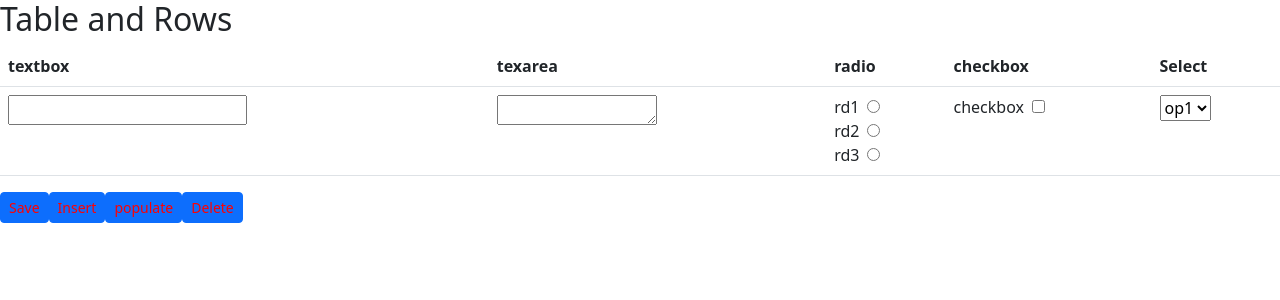
Repository: ishanbassi/iotasol-assignments
Page: /iotasol/work-8
The author's editor kept a copy of each file at every save. The page is drawn from the files as they stood at one save, then again after the next save.
The browser window is 1280 px wide. The pictures show the whole page.
The project was rebuilt for these pictures with package versions that can differ from the ones it lists, and the page was loaded fresh each time. Some packages were replaced by stand-ins written for this rebuild. The framework's server and built-in components were replaced by stand-ins that run in the browser. Also part of the build but not shown: styles/global.css.

Above is the page before, as saved 2022-11-09 17:32:05.

After the next save:
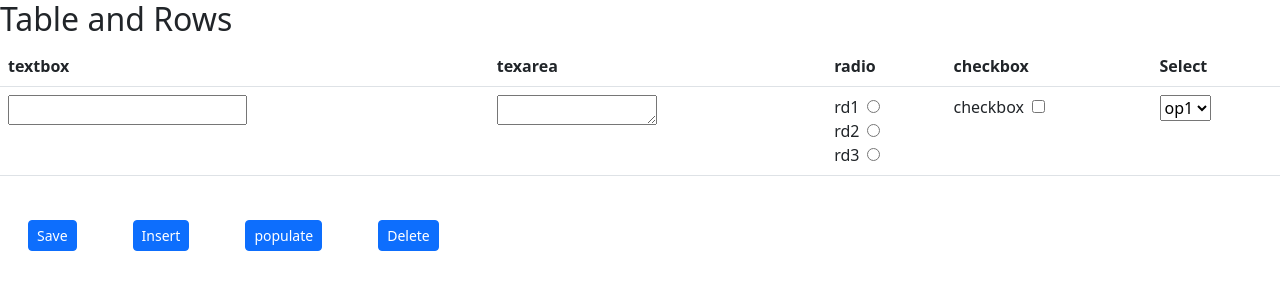
Saved 114 s later.
--- a/pages/iotasol/work-8.tsx
+++ b/pages/iotasol/work-8.tsx
@@ -61,9 +61,8 @@ export default function App() {
                     label{
                         padding-right:.5em;
                     }
-                    button{
-                        color:red !important;
-
+                    button {
+                        margin:2em !important;
                     }
 
                 `}
